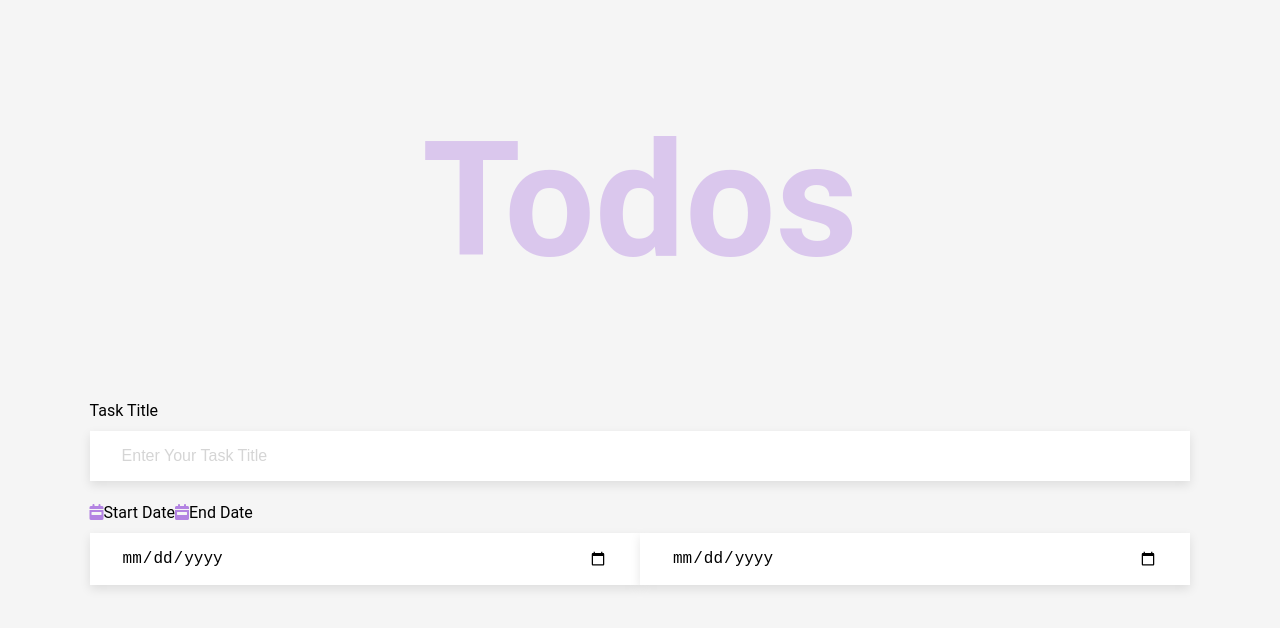
Repository: Surahailat/TypeScript
Page: Mini project 10-3/Project-TS.html
The author's editor kept a copy of each file at every save. The page is drawn from the files as they stood at one save, then again after a run of saves.
The browser window is 1280 px wide. The pictures show the whole page.

Above is the page before, as saved 2025-03-10 13:02:49.

After the next 2 saves:
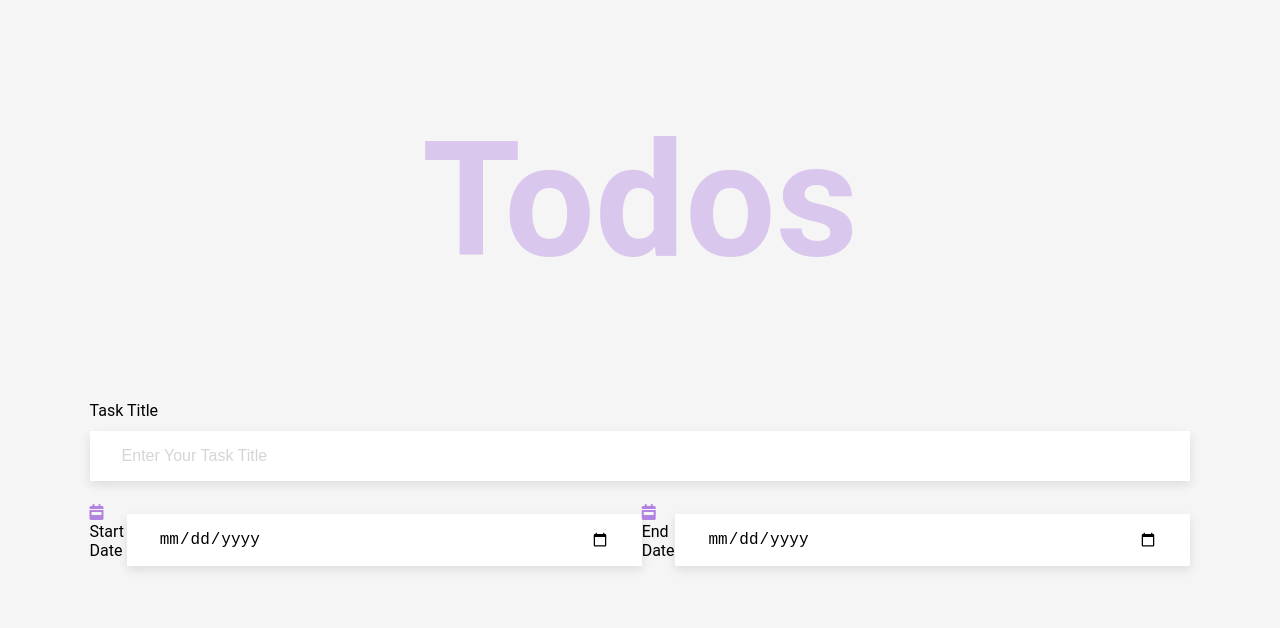
The 2 saves are shown as one change because they came seconds apart.
The last was saved 36 s later.
--- a/Mini project 10-3/Project-TS.html
+++ b/Mini project 10-3/Project-TS.html
@@ -58,13 +58,9 @@
         <Label>Task Title</Label>
         <input type="text" class="input" placeholder="Enter Your Task Title " autocomplete="off" id="input">
         <div class="date">
-
-        <Label><i class="fa-solid fa-calendar-week" style="color: #b383e2;"></i>Start Date</Label>
-        <Label><i class="fa-solid fa-calendar-week" style="color: #b383e2;"></i>End Date</Label>
-
-        </div>
-        <div class="date">
+            <Label><i class="fa-solid fa-calendar-week" style="color: #b383e2;"></i>Start Date</Label>
             <input type="date" class="input" autocomplete="off" id="input">
+            <Label><i class="fa-solid fa-calendar-week" style="color: #b383e2;"></i>End Date</Label>
             <input type="date" class="input" autocomplete="off" id="input">
         </div>
     </div>
